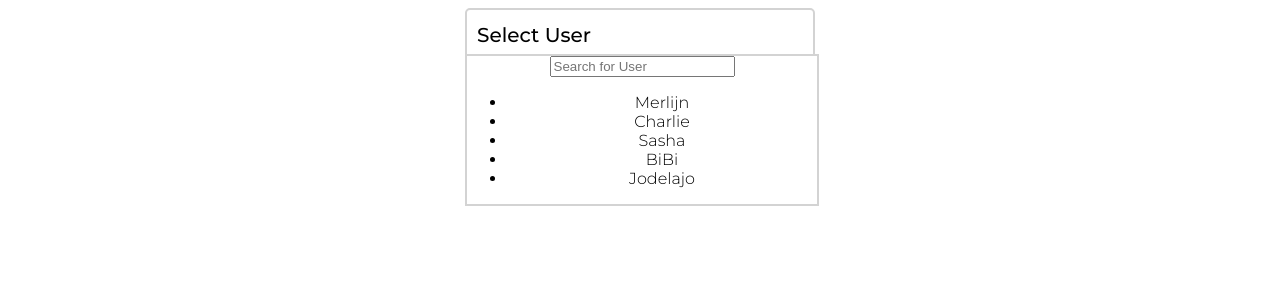
Repository: jodelajo/nuxt-filter-tutorial
Page: /
These files come from the project's save history. The page is drawn as it stood at one moment and after a run of saves; the edit follows.
The browser window is 1280 px wide. The pictures show the whole page.
The project was rebuilt for these pictures with package versions that can differ from the ones it lists, and the page was loaded fresh each time. The framework's server and built-in components were replaced by stand-ins that run in the browser. Also part of the build but not shown: nuxt.config.js, components/NuxtLogo.vue, components/Tutorial.vue.

Above is the page before, as saved 2021-12-11 12:36:55.

### pages/index.vue
<template>
  <div class="container">
    <div class="dropdown-wrapper">
      <div class="selected-item">
        <span>Select User</span>
      </div>
      <div class="dropdown-popover">
        <input
          v-model="searchQuery"
          type="text"
          placeholder="Search for User"
        />
        <div class="options">
          <ul>
            <li>Merlijn</li>
            <li>Charlie</li>
            <li>Sasha</li>
            <li>BiBi</li>
            <li>Jodelajo</li>
          </ul>
        </div>
      </div>
    </div>
  </div>
</template>

<script>
export default {};
</script>

<style scoped>
@import url("https://fonts.googleapis.com/css2?family=Montserrat:wght@100;200;300;500;700;900&family=Readex+Pro:wght@300;500;700&display=swap");

body {
  width: 100vw;
  height: 100vh;
}
.container {
  display: flex;
  flex-direction: column;
  /* justify-content: center; */
  align-items: center;
  justify-content: center;
   font-family: "Montserrat", sans-serif;
   font-weight: 300;
   font-size: 16px;

}
.dropdown-wrapper {
  width: 350px;
  height: auto;
  /* max-width: 350px; */
  position: relative;
  display: flex;
  text-align: center;
  justify-content: center;
  margin: 0 auto;
}
.selected-item {
  height: 40px;
  width: 100%;
  border: 2px solid lightgray;
  border-radius: 5px;
  padding: 5px 10px;
  display: flex;
  justify-content: space-between;
  align-items: center;
  font-size: 20px;
  font-weight: 500;
}

.dropdown-popover{
  position: absolute;
  border: 2px solid lightgray;
  top: 46px;
  left: 0;
  right: 0;
  background-color: white;
  width: 100%;

}
</style>

After the next 2 saves:
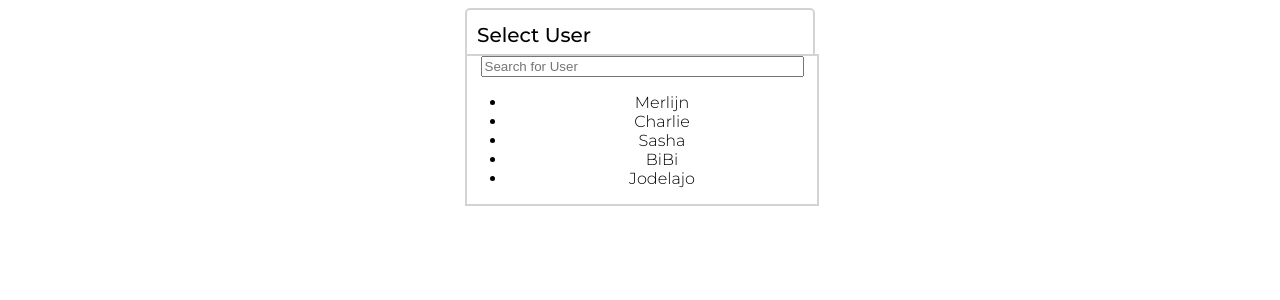
The 2 saves are shown as one change because they came seconds apart.
The last was saved 87 s later.
--- a/pages/index.vue
+++ b/pages/index.vue
@@ -79,4 +79,7 @@ body {
   width: 100%;
 
 }
+input {
+  width: 90%;
+}
 </style>
